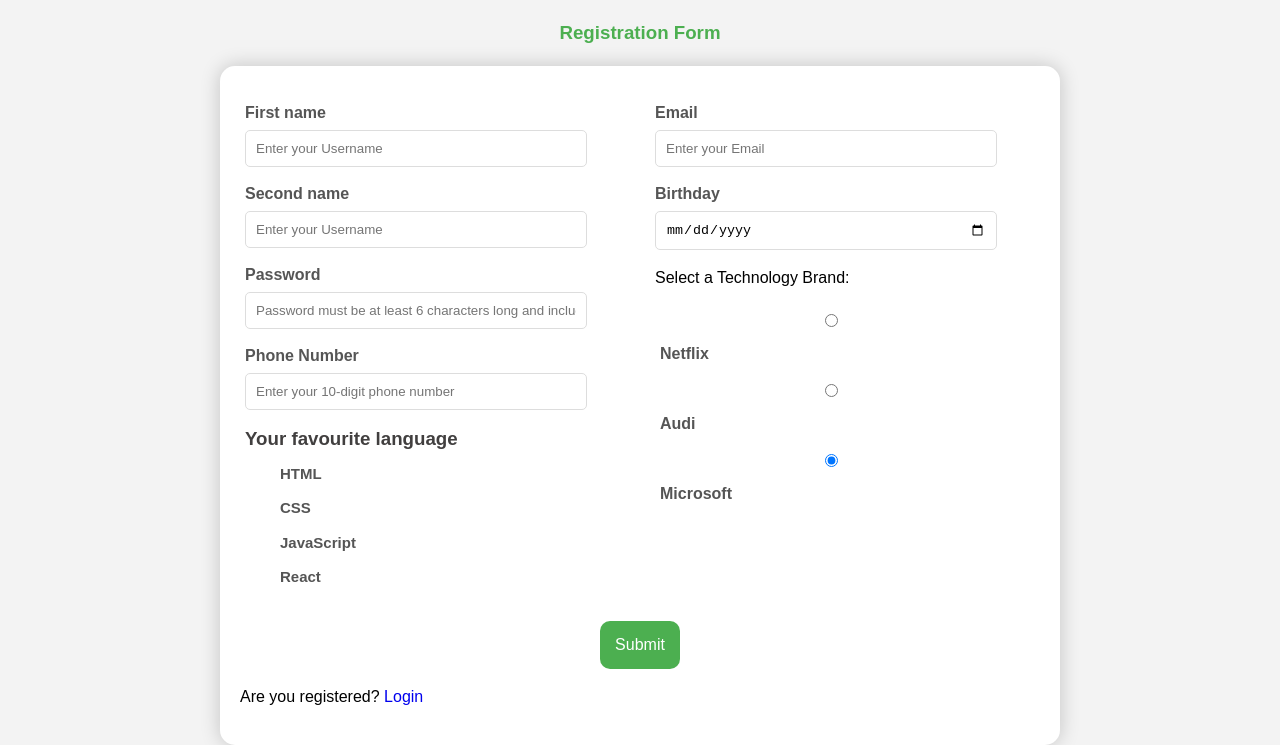
Repository: alizey12/Regestratin-Form-js
Page: regester.html
The author's editor kept a copy of each file at every save. The page is drawn from the files as they stood at one save, then again after a run of saves.
The browser window is 1280 px wide. The pictures show the whole page.

Above is the page before, as saved 2024-11-29 20:18:29.

After the next 2 saves:
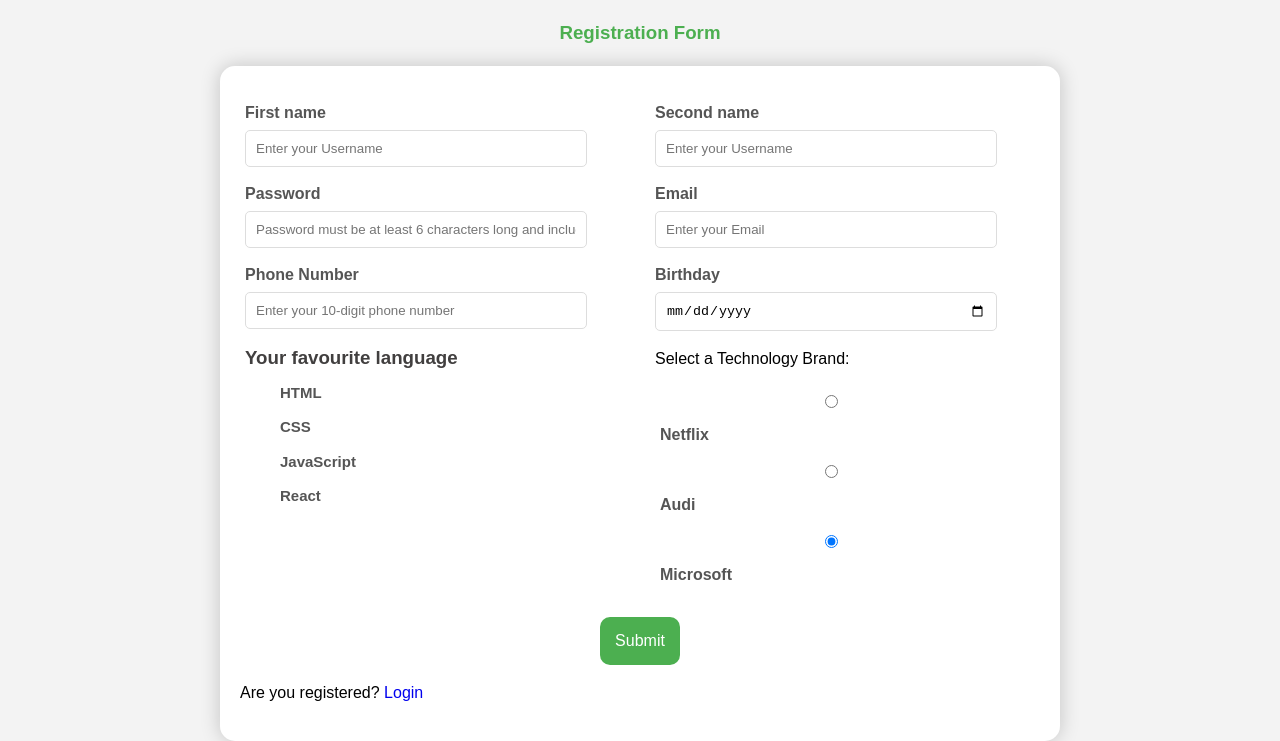
The 2 saves are shown as one change because they came seconds apart.
The last was saved 18 s later.
--- a/regester.html
+++ b/regester.html
@@ -18,11 +18,6 @@
                            required pattern="^[a-zA-Z0-9_]{3,15}$"
                            title="Username must be 3-15 characters long and can only contain letters, numbers, and underscores.">
 
-                           <label for="username">Second name</label>
-                           <input type="text" id="username" name="username"
-                                  placeholder="Enter your Username"
-                                  required pattern="^[a-zA-Z0-9_]{3,15}$"
-                                  title="Username must be 3-15 characters long and can only contain letters, numbers, and underscores.">
 
                            <label for="password">Password</label>
                            <input type="password" id="password" name="password"
@@ -57,6 +52,12 @@
 
                 </div>
                 <div>
+                    <label for="username">Second name</label>
+                    <input type="text" id="username" name="username"
+                           placeholder="Enter your Username"
+                           required pattern="^[a-zA-Z0-9_]{3,15}$"
+                           title="Username must be 3-15 characters long and can only contain letters, numbers, and underscores.">
+
                     <label for="email">Email</label>
                     <input type="email" id="email" name="email"
                            placeholder="Enter your Email"
